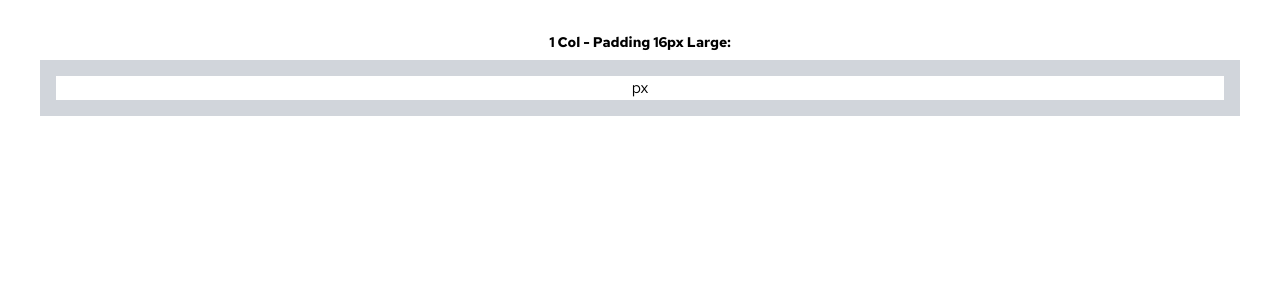
Repository: fabianwurk/vue-tailwind
Page: /
An editor plug-in stored every save of this project. The page is shown before and after the next save, followed by the edit.
The browser window is 1280 px wide. The pictures show the whole page.
The project was rebuilt for these pictures with package versions that can differ from the ones it lists, and the page was loaded fresh each time. Also part of the build but not shown: vite.config.js.

Above is the page before, as saved 2021-03-16 23:43:41.
Console error: TypeError: this.innerWidth is not a function

After the next save:
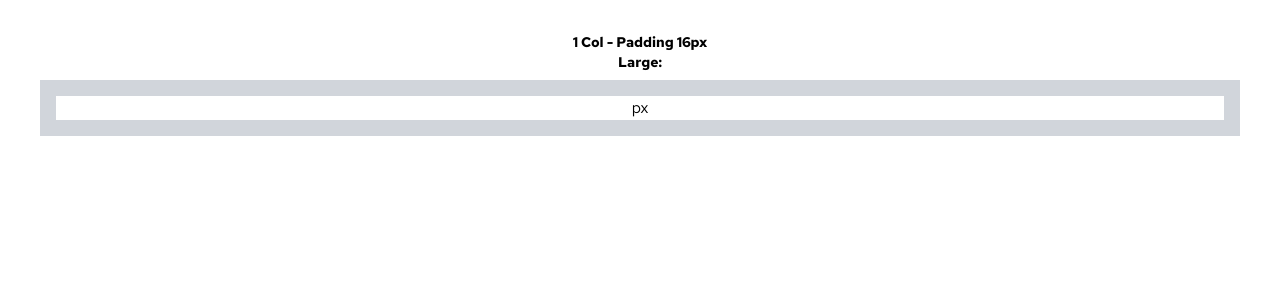
Saved 8 s later.
--- a/src/components/Large.vue
+++ b/src/components/Large.vue
@@ -4,7 +4,7 @@
     <div class="container mx-auto">
       <h2 class="text-sm font-bold mb-2 mt-8 text-center">
         1 Col - Padding 16px
-        <span class="hidden md:hidden lg:inline-block text-center">Large:</span>
+        <span class="hidden md:hidden lg:block text-center">Large:</span>
       </h2>
       <div class="flex items-center">
         <div class="w-full bg-gray-300 mb-4 mt-0 py-4 px-4 text-center">
